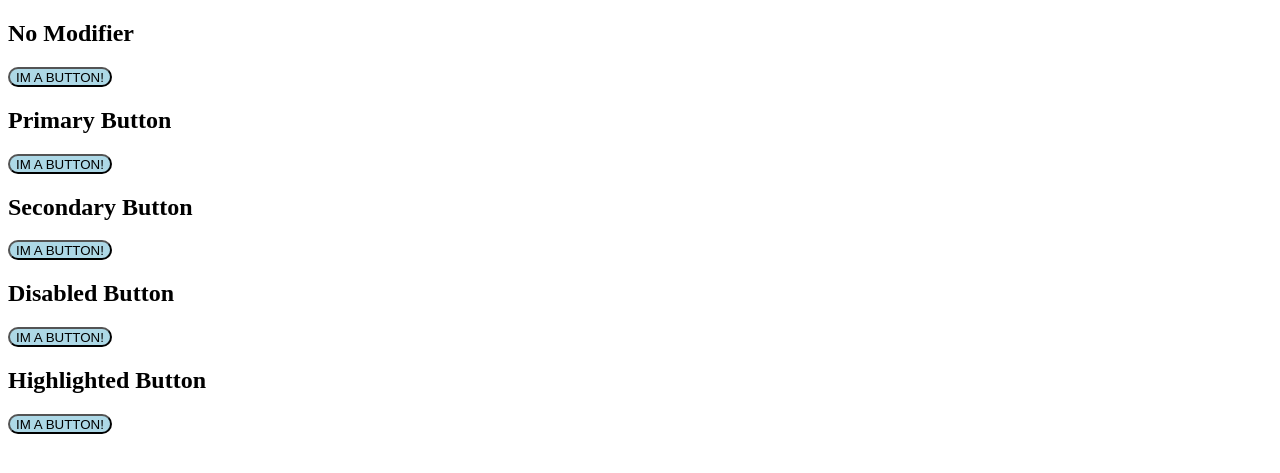
Repository: Jvien2/3126-repo
Page: index.html
These files come from the project's save history. The page is drawn as it stood at one moment and after the next save; the edit follows.
The browser window is 1280 px wide. The pictures show the whole page.

Above is the page before, as saved 2026-10-01 00:57:15.
Not found: code.js

After the next save:
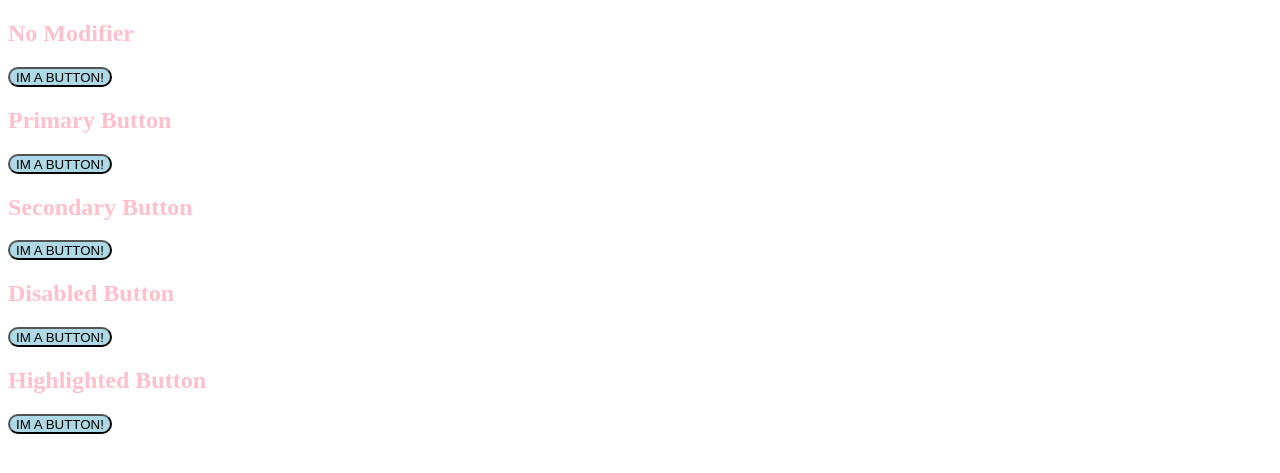
Saved 38 s later.
--- a/style.css
+++ b/style.css
@@ -1,3 +1,8 @@
+h2 {
+    color: pink
+}
+
+
 .btn {
     width: fit-content;
     height: 20px;
